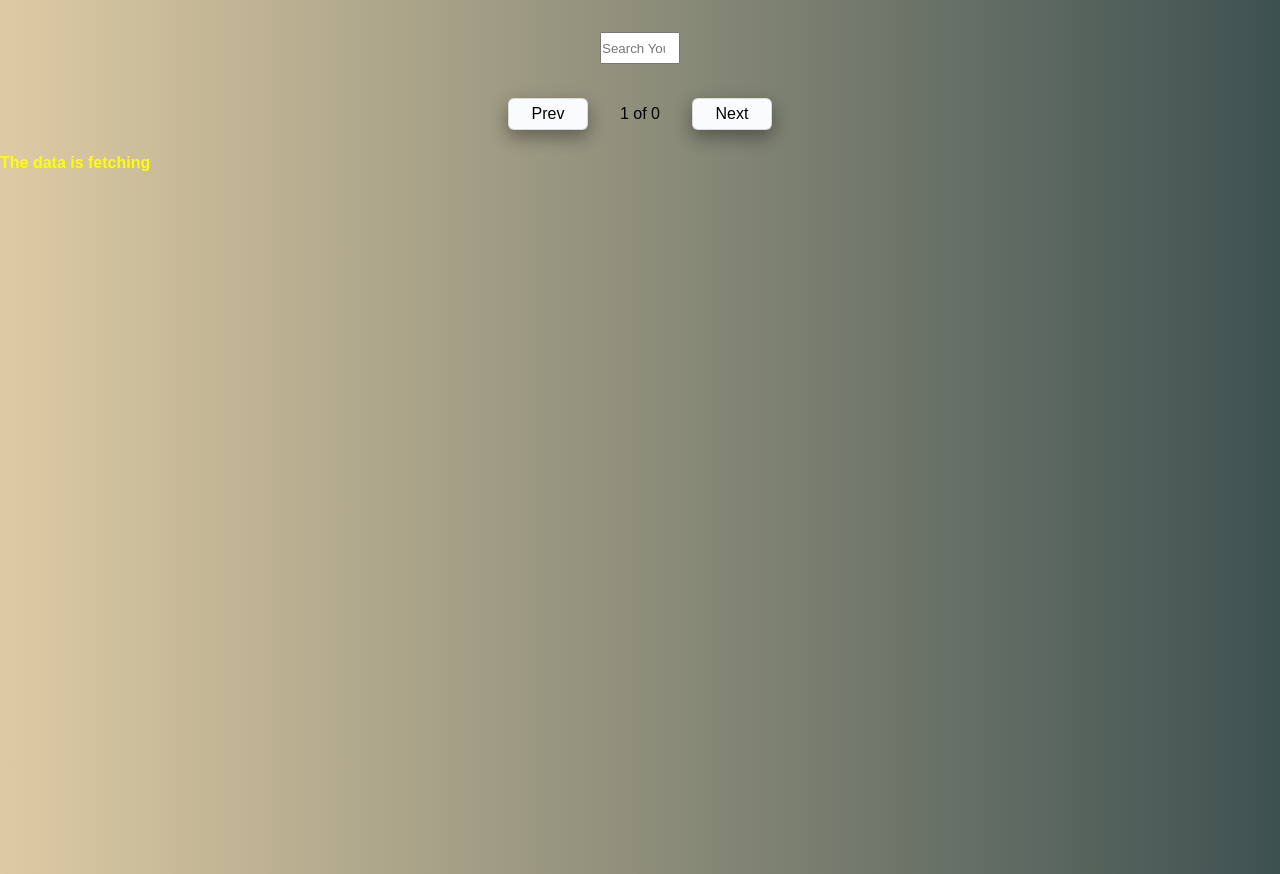
Repository: suraj-yadav7/TechNews
Page: /
These files come from the project's save history. The page is drawn as it stood at one moment and after a run of saves; the edit follows.
The browser window is 1280 px wide. The pictures show the whole page.
The page's requests for data from a server got no answer. The project was rebuilt for these pictures with package versions that can differ from the ones it lists, and the page was loaded fresh each time. No one was signed in, and anything a server would have sent is missing.

Above is the page before, as saved 2023-04-28 10:54:59.

### src/index.js
import React from 'react';
import ReactDOM from 'react-dom/client';
import App from './App';
import { AppProvider } from './context';

const root = ReactDOM.createRoot(document.getElementById('root'));
root.render(
  <React.StrictMode>
    <AppProvider>
    <App />
    </AppProvider>
  </React.StrictMode>
);

### src/App.js
import './App.css';
import Search from './components/Search';
import Stories from './components/Stories';

function App() {
  return (
      <>
      <Search/>
      <Stories />
      </>
  );
}

export default App;

### src/context.jsx
import {useContext, createContext, useEffect, useReducer} from "react"
import {reducer} from './reducer'

const AppContext = createContext();
let api = "https://hn.algolia.com/api/v1/search?";
const initial = {
    hits:[],
    page:0,
    nbPages:0,
    query:"",
    isLoading:true
}

const AppProvider = ({children})=>{

    const [state, dispatch] = useReducer(reducer, initial)

    const fetchApiData = async(url)=>{
        dispatch({
            type:"loadingData",
        })
        try{
            let fetchApi = await fetch(url)
            let data = await fetchApi.json()
            console.log(data)
            dispatch({
                type:"Get_Update",
                payload:{
                    hitNews:data.hits,
                    pg:data.page,
                    nbPg: data.nbPages
                }
            })
        }
        catch(error){
            console.log(error)
        }
        }

        //removing post
        const removePost = (objectID) =>{
                    dispatch({
                        type:"remove_post",
                        payload: objectID
                    })
        }

    //Search Post
    const searchPost = ((searchVal)=>{
        // searchVal.preventDefault()
        dispatch({
        type:"SEARCH_POST",
        payload: searchVal
        })
    })

    //Previous Page
    const prevPage=()=>{
        dispatch({
            type:"PREV_PAGE"
        })
    }
    const nextPage=()=>{
        dispatch({
            type:"NEXT_PAGE"
        })
    }
    useEffect(()=>{
         fetchApiData(`${api}query=${state.query}&&page=${state.page}`)

    },[state.query, state.page])


    return(
        <AppContext.Provider value= {{...state, removePost, searchPost,prevPage,nextPage}} >{children}</AppContext.Provider>
    )
};

//Custom hook to provide appContext and useContext

const useGlobalContext = ()=>{
    return useContext(AppContext)
}
export {AppContext,AppProvider, useGlobalContext}

### src/App.css
*{
  margin: 0;
  padding: 0;
  box-sizing: border-box;
  font-family:  sans-serif;
}

/* Search Div*/
.searchMain{
  display: flex;
  flex-direction: column;
  align-items: center;
  justify-content: center;
  gap:10px;
  background-image: linear-gradient(to right, #DECBA4, #3E5151);

}
.searchInput{
  margin-top: 2rem ;
  width: 5rem;
  height: 2rem;
  text-align: center;
}
.pagination{
  margin: 0.5rem 0;
}
.pagination> button{
  width: 5rem;
  height: 2rem;
  font-size: 1rem;
  margin: 1rem 2rem;
  background-color: #FAFBFC;
  border: 1px solid rgba(27, 31, 35, 0.15);
  border-radius: 6px;
  box-shadow: 0 8px 16px 0 rgba(0,0,0,0.2), 0 6px 20px 0 rgba(0,0,0,0.19);
  cursor: pointer;
}
.pagination>button:hover {
  border-color: #646cff;
}


/* Stories */
.parentStory{
  display: flex;
  align-items: center;
  justify-content: center;
  flex-direction: column;
  gap: 1rem;
  background-image: linear-gradient(to right, #DECBA4, #3E5151);


}

.stories{
  width: 50%;
  height: 12rem;
  display: flex;
  background-image: linear-gradient(to right, #434343 0%, black 100%);
  align-items: center;
  justify-content: center;
  flex-direction: column;
  color: white;
  text-align: center;
}
.stories> h3,p{
  margin: 1rem 0;
  /* padding-bottom: 4rem; */
  padding: 0 2rem;
  margin-bottom: 1.2rem;
}
.storiesButton{
  height: 2rem;
  display: flex;
  align-items: center;
  margin:0.5rem ;
}
.storiesButton >button, a>button{
  margin:0 5rem;
  border: 1px solid blue;
  background-color: aliceblue;
  color: black;
  border-radius: 10px;
  height: 2rem;
  width: 6rem;
  text-align:center;
  font-size: medium;
  box-shadow: 0 8px 16px 0 rgba(0,0,0,0.2), 0 6px 20px 0 rgba(0,0,0,0.19);
  cursor: pointer;
}
.storiesButton >button, a>button:hover {
  border-color: #646cff;
}

### src/components/Search.jsx
import React from 'react'
import { useGlobalContext } from '../context'

const Search = () => {
  const { query, searchPost, prevPage, nextPage, nbPages, page } = useGlobalContext()
  return (
    <>
      <div className='searchMain'>
        <div className='formContainer'>
          <form onSubmit={(e) => e.preventDefault()}>
            <input className='searchInput' type="search" placeholder='Search Your Query' value={query} onChange={(e) => searchPost(e.target.value)}></input>
          </form>
        </div>
        <div className='pagination'>
          <button onClick={prevPage} >Prev</button>
          <span>{page + 1} of {nbPages}</span>
          <button onClick={nextPage} >Next</button>
        </div>
      </div>
    </>
  )
}

export default Search

### src/components/Stories.jsx
import React from 'react'
import { useGlobalContext } from '../context'

const Stories = () => {
  const { hits, isLoading, removePost } = useGlobalContext()



  if (isLoading) {
    return (
  <div className="Loading" style={{ color:"yellow", height:"100vh",backgroundImage: "linear-gradient(to right, #DECBA4, #3E5151)"}}>
        <h4>The data is fetching</h4>
      </div>
    )
  }
  return (
    <>
      <div className='parentStory'>
        <h2>Latest Tech News</h2>
        {hits?.map((story) => {
          const { objectID } = story
          return (
            <>
              <div className='stories' key={objectID}>
                <h3>{story.title}</h3>
                <p>by <span>{story.author}</span>  | <span>comment: {story.num_comments} </span></p>
                  <div className="storiesButton">
                  <a href={story.url} target='_blank' rel="noreferrer"><button >Read More</button></a>
                  <button onClick={() => removePost(objectID)} >Remove</button>
                </div>
              </div>
            </>)
        })}
      </div>
    </>
  )
}

export default Stories

### src/reducer.jsx

const reducer = (state,action) =>{
    switch(action.type){
        case"loadingData" : return{
            ...state,
            isLoading: true

        } ;
        case "Get_Update":
            return{
                ...state,
                isLoading:false,
                hits:action.payload.hitNews,
                nbPages:action.payload.nbPg
            }

        case "remove_post":
            return{
                ...state, hits: state.hits.filter((post)=> post.objectID !== action.payload)
            }

        case "SEARCH_POST":
            return{
                    ...state, query: action.payload
            }

        case "PREV_PAGE":
            let pageNum=state.page-1
            if(pageNum<=0){
                pageNum=0
            }
            return{
                 ...state,
                    page:pageNum
                }


        case "NEXT_PAGE":
            let pageNum2= state.page+1
            if(pageNum2>=50){
                pageNum2=0
            }

            return{
                ...state,
                page:pageNum2
            }

    }
    return state
}
export {reducer};

Loaded but not shown: public/index.html (common file)

After the next 2 saves:
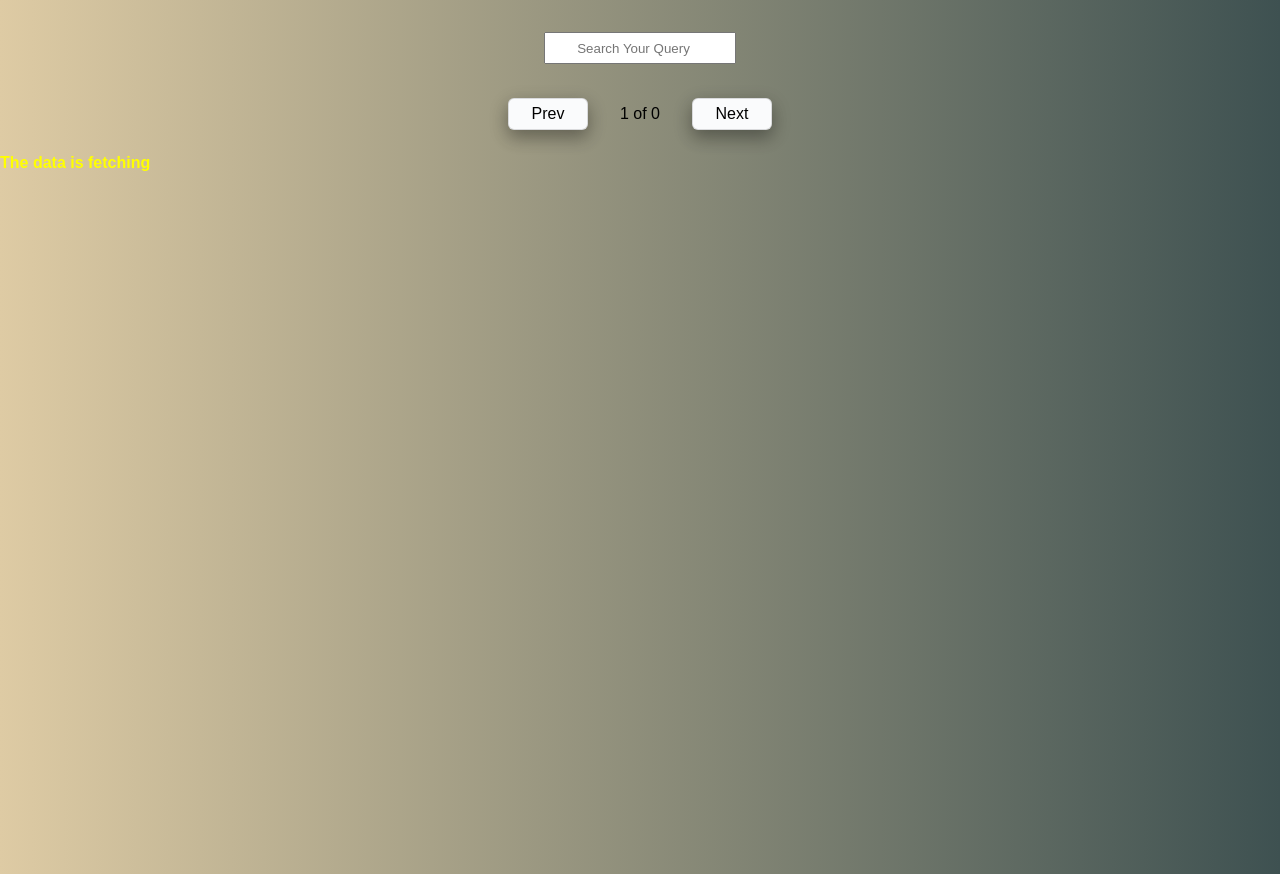
The 2 saves are shown as one change because they came seconds apart.
The last was saved 7 s later.
--- a/src/App.css
+++ b/src/App.css
@@ -17,7 +17,7 @@
 }
 .searchInput{
   margin-top: 2rem ;
-  width: 5rem;
+  width: 12rem;
   height: 2rem;
   text-align: center;
 }
